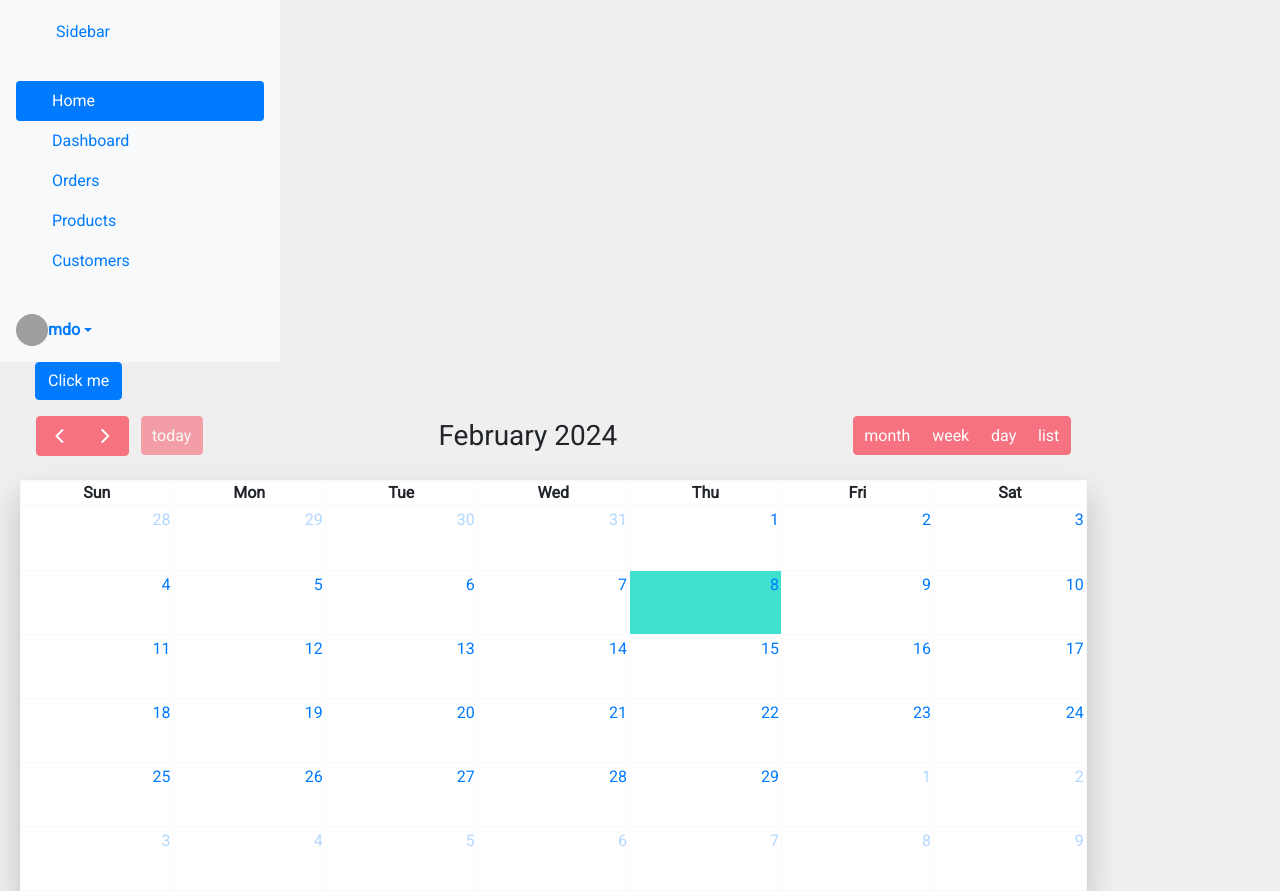
Repository: marios-petrov/NuPath
Page: softwareengineering1/calendarapp/templates/dataTest.html
These files come from the project's save history. The page is drawn as it stood at one moment and after the next save; the edit follows.
The browser window is 1280 px wide. The pictures show the whole page.
Pictures or frames that could not be fetched are drawn as grey boxes. The template is drawn by Django 5.2. The application's start-up code is not run. The template is opened directly, without the code that normally fills it, so the values that code supplies are empty.

Above is the page before, as saved 2024-02-21 19:40:42.

After the next save:
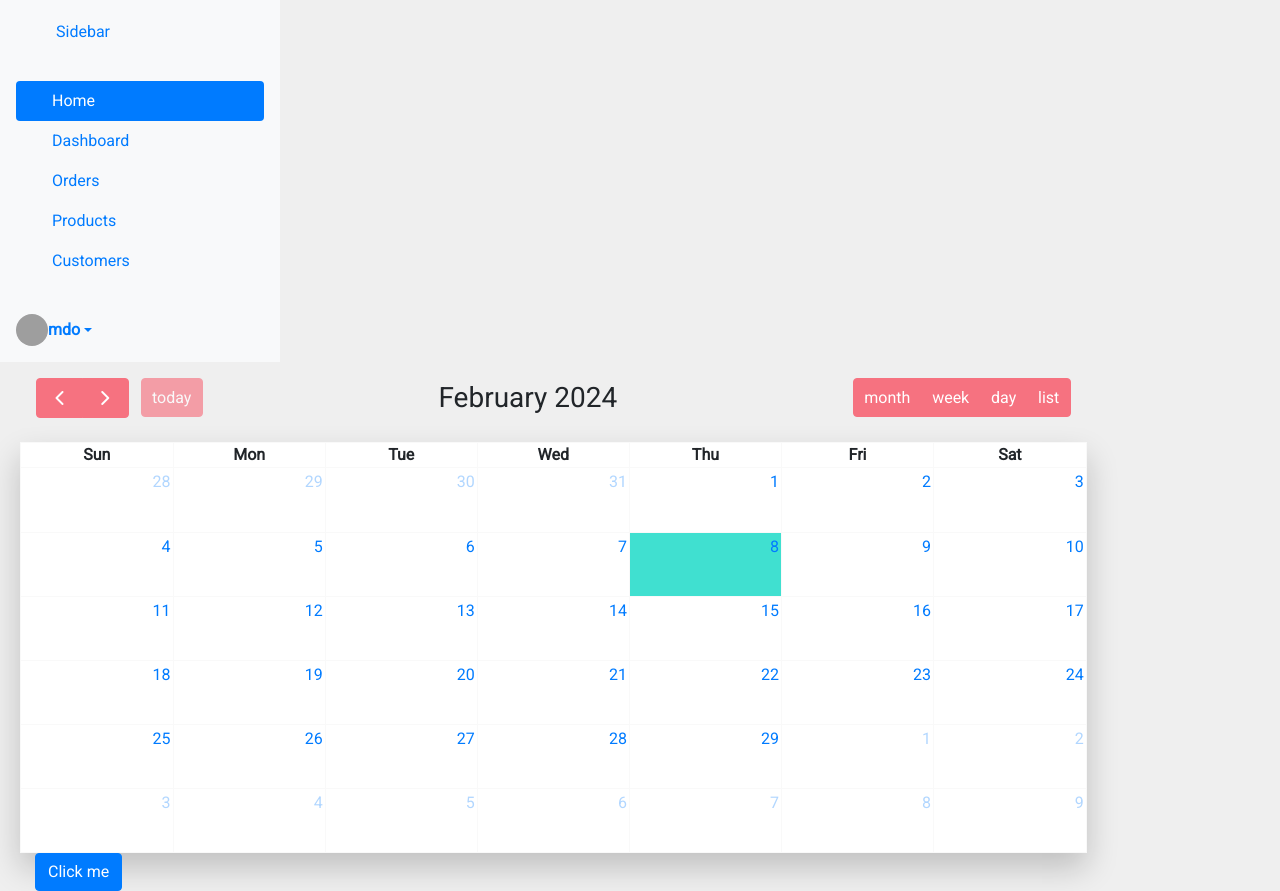
Saved 44 s later.
--- a/softwareengineering1/calendarapp/templates/dataTest.html
+++ b/softwareengineering1/calendarapp/templates/dataTest.html
@@ -7,11 +7,10 @@
 {%load static %}
 
 <div id='calendar-container' class='col-10 px-0'>
-<div class="col-2">
-    <button class="btn btn-primary">Click me</button>
-</div>
-
     <div id='calendar'></div>
+    <div class="col-2">
+        <button class="btn btn-primary">Click me</button>
+    </div>
 </div>
 
 <script src="{% static 'js/jquery-3.3.1.min.js' %}"></script>
